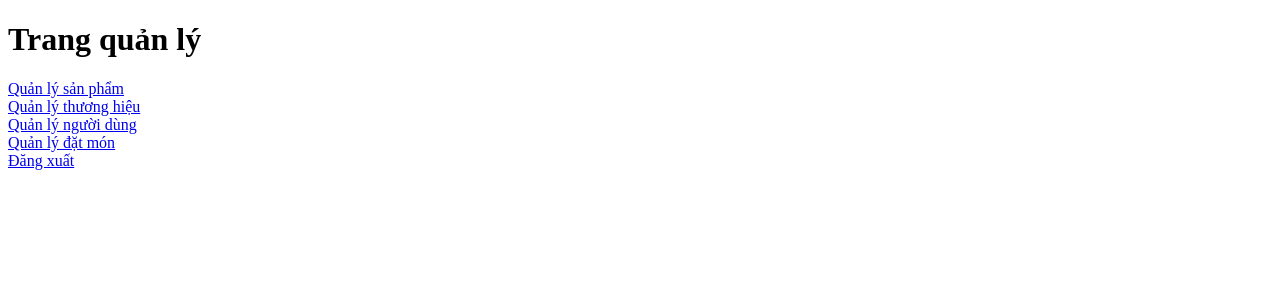
Repository: HoangChuong-Jin/QL-CuaHang-MayTinh
Page: http://localhost/MAYTINH/WEB-INF/view/admin/home.jsp
These files come from the project's save history. The page is drawn as it stood at one moment and after the next save; the edit follows.
The browser window is 1280 px wide. The pictures show the whole page.
The page is served by Tomcat 9. Nobody is signed in. The template is opened directly, without the code that normally fills it, so the values that code supplies are empty.

Above is the page before, as saved 2022-01-05 06:20:53.

After the next save:
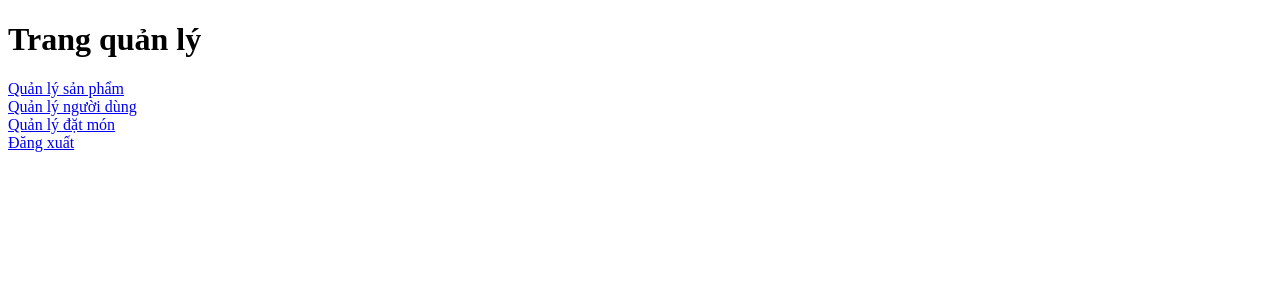
Saved 24 s later.
--- a/MAYTINH/src/main/webapp/WEB-INF/view/admin/home.jsp
+++ b/MAYTINH/src/main/webapp/WEB-INF/view/admin/home.jsp
@@ -9,7 +9,6 @@
 <body>
 <h1> Trang quản lý</h1>
 <a href="listSanPhamAction">Quản lý sản phẩm</a><br/>
-<a href="listThuongHieuAction">Quản lý thương hiệu</a><br/>
 <a href="qlnguoidung">Quản lý người dùng</a><br/>
 <a href="qldatmon">Quản lý đặt món</a><br/>
 <a href="logOut">Đăng xuất</a><br/>
